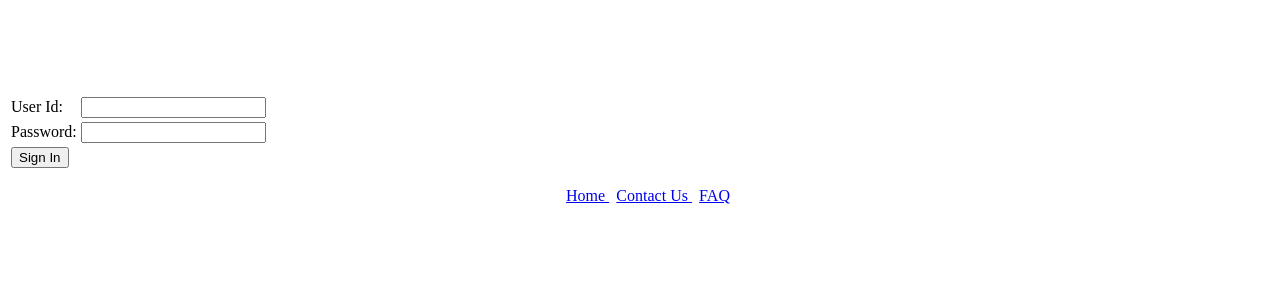
Repository: KaushikVeluruWorld/KaushikJava
Page: http://localhost/OnlineQuiz/home.jsp
The author's editor kept a copy of each file at every save. The page is drawn from the files as they stood at one save, then again after the next save.
The browser window is 1280 px wide. The page is 1288 px wide, so the pictures cover 1288 px, including what lies to the right of the window. The pictures show the whole page.
The page is served by Tomcat 9. Other server files are loaded and not shown.

Above is the page before, as saved 2014-12-22 10:37:50.

### Online Quiz Tool/OnlineQuiz/WebContent/home.jsp
<%@ page language="java" contentType="text/html; charset=ISO-8859-1"
    pageEncoding="ISO-8859-1"%>
<!DOCTYPE html PUBLIC "-//W3C//DTD HTML 4.01 Transitional//EN" "http://www.w3.org/TR/html4/loose.dtd">
<html>
<head>
<meta http-equiv="Content-Type" content="text/html; charset=ISO-8859-1">
<title>Insert title here</title>
</head>
<body>

<jsp:include page="header.jsp"></jsp:include>

<form action="SignIn.jsp" method="GET">

<table>

<tr> <td> User Id:</td>
     <td><input type="text" id="username"></td></tr>
<tr> <td> Password:</td>
     <td><input type="password" id="password"></td></tr>
<tr>
     <td colspan="2"><input type="submit" id="submit" value="Sign In"></td></tr>

</table>
</form>

<jsp:include page="footer.jsp"></jsp:include>

</body>
</html>

### Online Quiz Tool/OnlineQuiz/WebContent/header.jsp
<%@ page language="java" contentType="text/html; charset=ISO-8859-1"
    pageEncoding="ISO-8859-1"%>
<!DOCTYPE html PUBLIC "-//W3C//DTD HTML 4.01 Transitional//EN" "http://www.w3.org/TR/html4/loose.dtd">
<html>
<head>
<meta http-equiv="Content-Type" content="text/html; charset=ISO-8859-1">
<title>Header</title>
</head>

<body style="height: 25px%; width: 100%;">


<table style="height: 50px; width: 100%">
<tr>
<td align="center" colspan="2"> <h1 style="text-align: center; color: white;"><b>Online Quiz</b></h1></td>
</tr>
</table>

</body>
</html>

### Online Quiz Tool/OnlineQuiz/WebContent/footer.jsp
<%@ page language="java" contentType="text/html; charset=ISO-8859-1"
    pageEncoding="ISO-8859-1"%>
<!DOCTYPE html PUBLIC "-//W3C//DTD HTML 4.01 Transitional//EN" "http://www.w3.org/TR/html4/loose.dtd">
<html>
<head>
<meta http-equiv="Content-Type" content="text/html; charset=ISO-8859-1">
<title>Footer</title>
</head>

<body  style="height: 50px; width: 100%;">

<p align="center" style="color: white" >
<a style="" href="Home.jsp">Home </a> |
<a href="ContactUs.html">Contact Us </a> |
<a href="FAQ.html">FAQ </a>
</p>

</body>
</html>

After the next save:
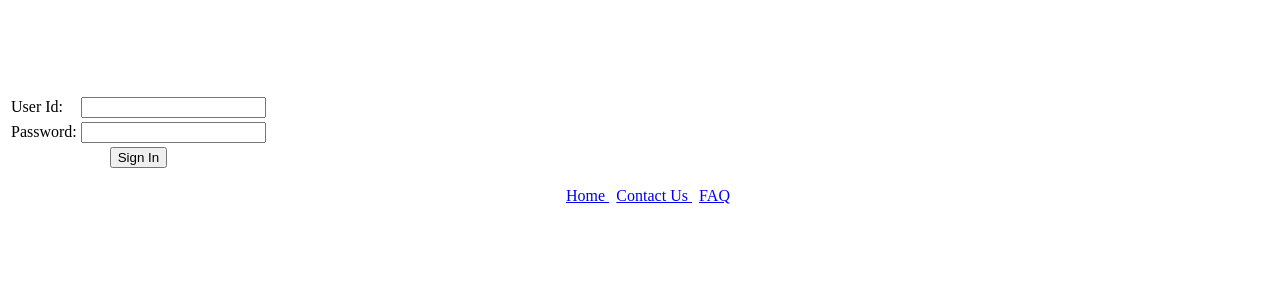
Saved 101 s later.
--- a/Online Quiz Tool/OnlineQuiz/WebContent/home.jsp
+++ b/Online Quiz Tool/OnlineQuiz/WebContent/home.jsp
@@ -19,7 +19,7 @@
 <tr> <td> Password:</td>
      <td><input type="password" id="password"></td></tr>
 <tr>
-     <td colspan="2"><input type="submit" id="submit" value="Sign In"></td></tr>
+     <td align="center" colspan="2"><input type="submit" id="submit" value="Sign In"></td></tr>
 
 </table>
 </form>
